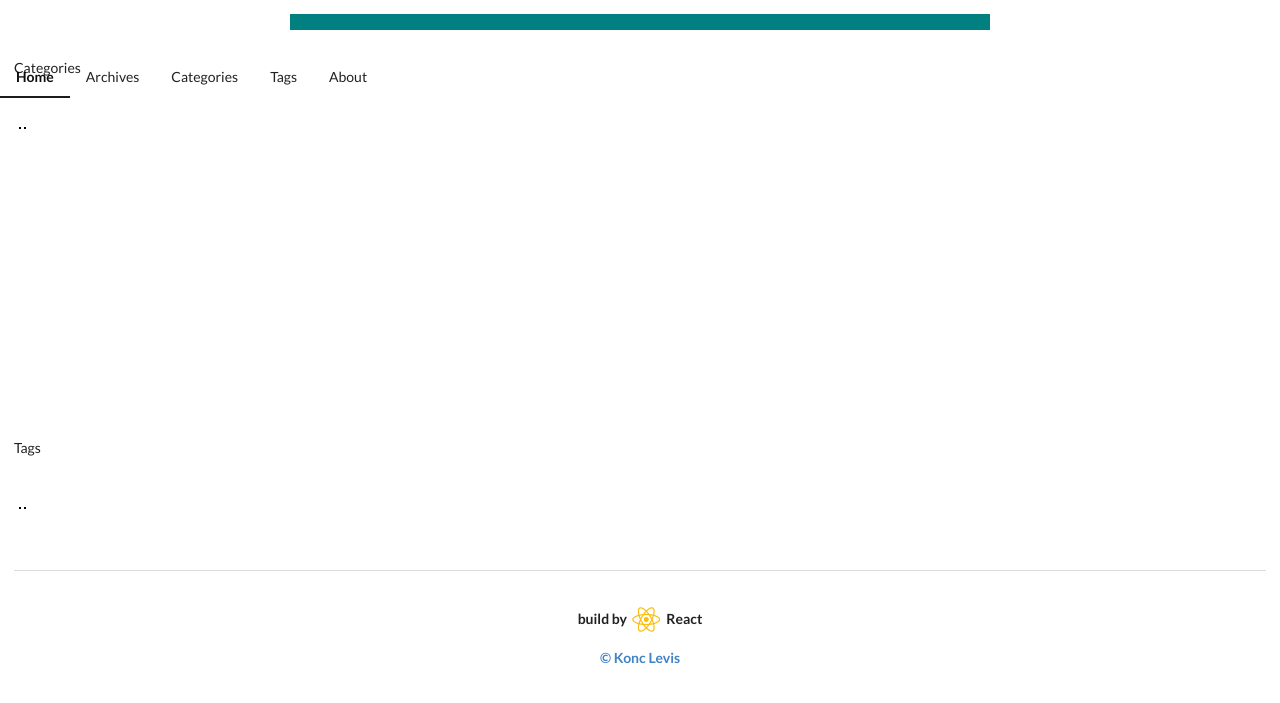
Repository: chu4j/my-spring-cloud-blog-frontend
Page: /
The author's editor kept a copy of each file at every save. The page is drawn from the files as they stood at one save, then again after the next save.
The browser window is 1280 px wide. The pictures show the whole page.
The page's requests for data from a server got no answer. The project was rebuilt for these pictures with package versions that can differ from the ones it lists, and the page was loaded fresh each time. No one was signed in, and anything a server would have sent is missing. Also part of the build but not shown: src/components/Categories.jsx, src/components/FocusContent.jsx, src/css/App.css, src/components/owner/LoginForm.jsx, src/components/Tags.jsx, src/components/Timeline.jsx, src/components/TimelineHome.jsx.

Above is the page before, as saved 2021-02-24 11:50:47.

After the next save:
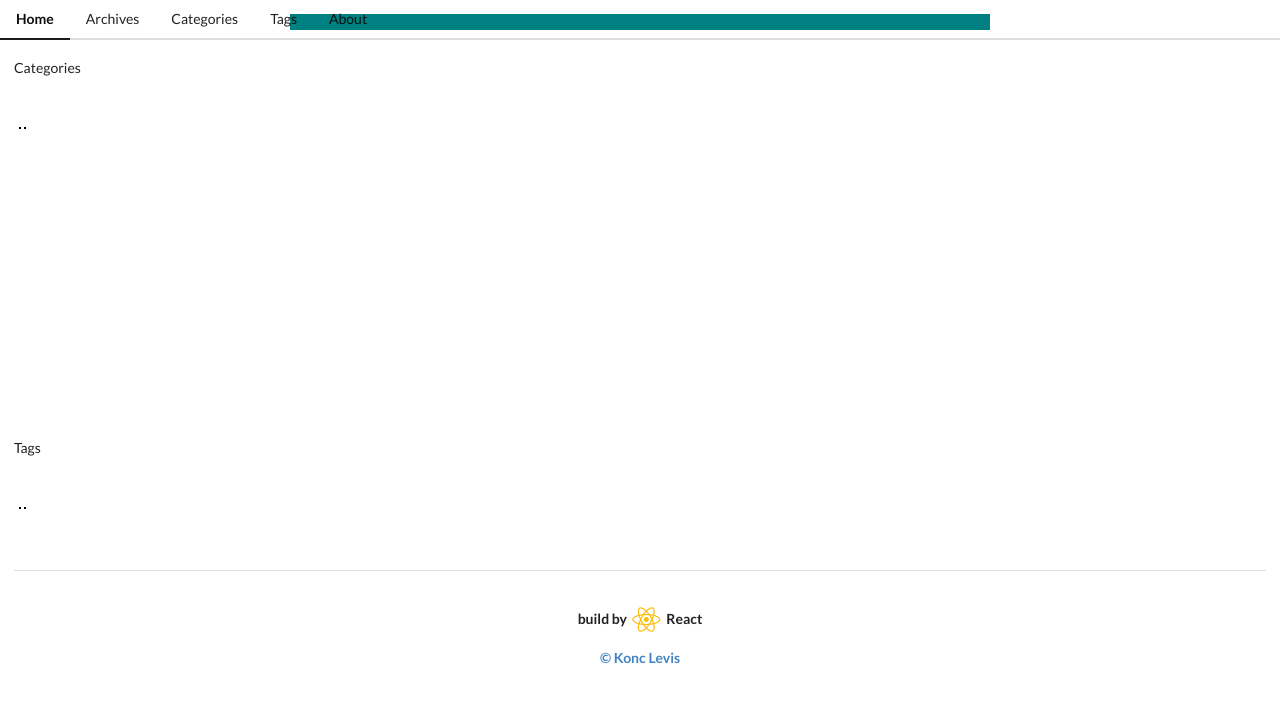
Saved 18 s later.
--- a/src/components/BlogHeader.jsx
+++ b/src/components/BlogHeader.jsx
@@ -54,7 +54,7 @@ class BlogHeader extends Component {
         <Menu
           borderless
           fixed="top"
-          style={menuFixed ? fixedMenuStyle : menuStyle}
+
           pointing
           secondary
           className="blog-header"
